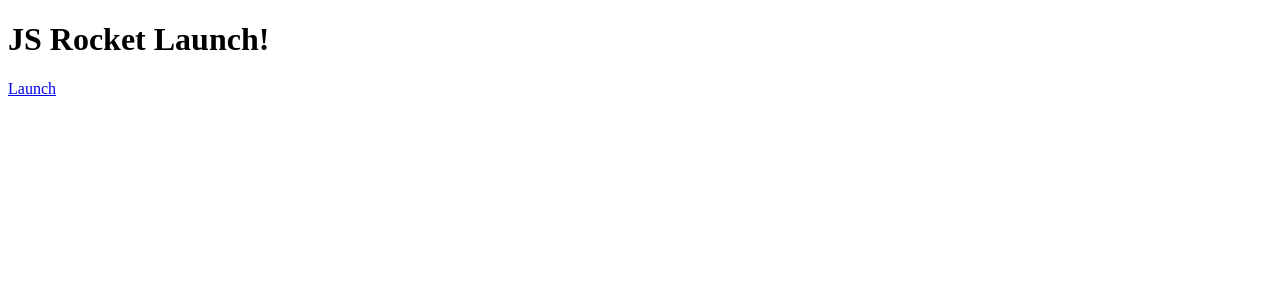
Repository: alcarrizo/Rocket-launch
Page: index.html
These files come from the project's save history. The page is drawn as it stood at one moment and after the next save; the edit follows.
The browser window is 1280 px wide. The pictures show the whole page.

Above is the page before, as saved 2022-10-19 19:11:49.

### index.html
<!DOCTYPE html>
<html lang="en">
<head>
    <meta charset="UTF-8">
    <meta http-equiv="X-UA-Compatible" content="IE=edge">
    <meta name="viewport" content="width=device-width, initial-scale=1.0">
    <title>Rocket Launch sequence</title>
    <script type="text/javascript" src="js/script.js"> </script>
    <link rel="stylesheet" href="css/style.css">
</head>
<body>
    <div class="left">
        <div class="state1">
            <h1>JS Rocket Launch!</h1>
            <a href="#" class="button" onclick="startCountDown();">Launch</a>
        </div>
    </div>

    <div class="right">
        <div class="rocket"></div>
    </div>
</body>
</html>

### js/script.js
var car = {
    make: 'VW',
    type: 'Polo',
    color: 'blue',
    isTurnedOn: false,
    numOfWheels: 4,
    seats: [
        'seat1',
        'seat2',
        'seat3',
        'seat4'
    ],
    turnOn: function () {
        this.isTurnedOn = true;
    },
    turnOff: function () {
        this.isTurnedOn = false;
    },
    fly: function () {
        alert('fly');
    },
    switchCar: function (isOn) {
        console.log('turn car ' + isOn)
        if (isOn == true) {
            this.isTurnedOn = true;
        }
        else {
            this.isTurnedOn = false;
        }
    }

};

console.log('hello there friends!');

// this function gets the id of the cool div and swaps it's classname
// between 'cool' and 'cool red' to make it swap between a bacground of
// green and red
var doCoolStuff = function () {
    coolDiv = document.getElementById('cool');
    if (coolDiv.className == 'cool') {
        coolDiv.className = 'cool red'
    }
    else {
        coolDiv.className = 'cool'
    }

}

### css/style.css
body {}

.left {}

.right {}

After the next save:
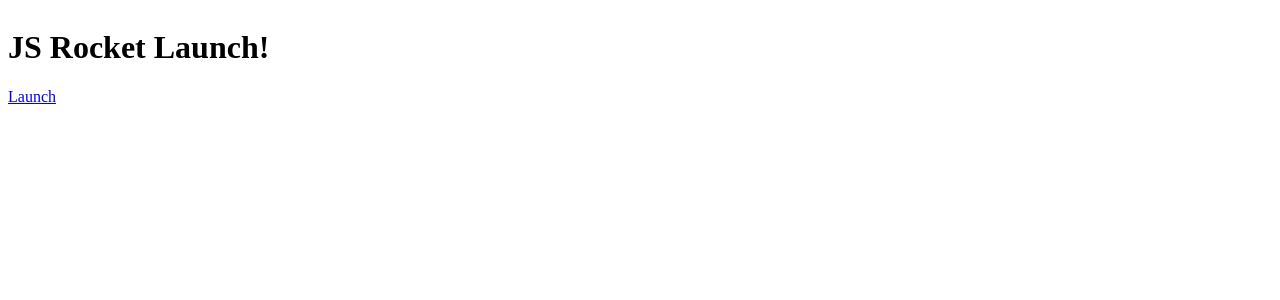
Saved 23 s later.
--- a/css/style.css
+++ b/css/style.css
@@ -1,4 +1,6 @@
-body {}
+body {
+    display: flex;
+}
 
 .left {}
 
